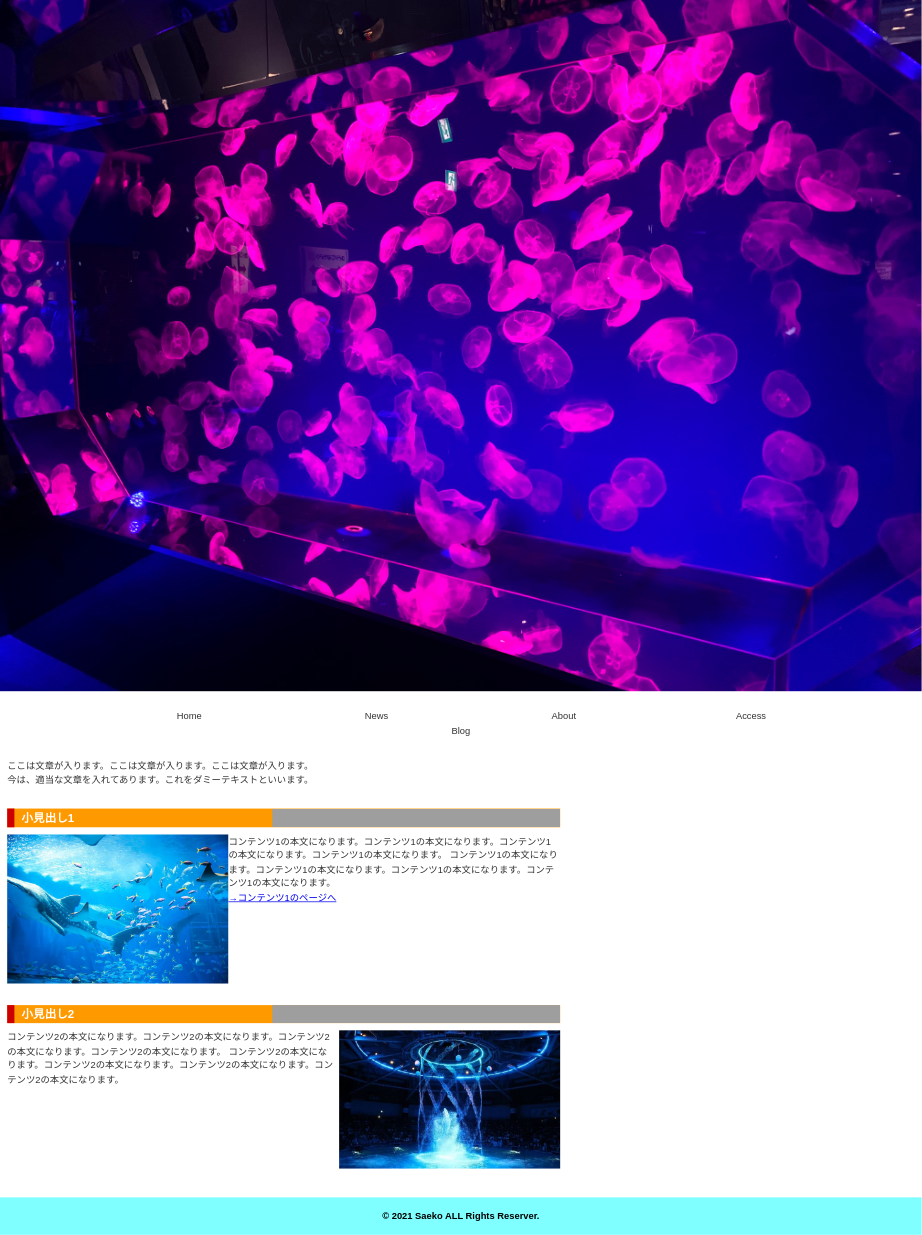
Repository: mizoguhi/mizoguhi
Page: test/saeko.html
The author's editor kept a record of every edit. The page is drawn from the files as they stood at one moment, then again after the next edit.
The browser window is 1280 px wide. The pictures show the whole page, at 72% of full size.
Pictures or frames that could not be fetched are drawn as grey boxes.

Above is the page before.

### test/saeko.html
<!DOCTYPE html>
<html lang="ja">

<head>
    <meta charset="UTF-8">
    <title>Japanese Aquarium</title>
    <link rel="stylesheet" href="stylesheet.css">
</head>

<body>
    <div id="header">
         <h1>
             <a href="saeko.html">
             </a>
         </h1>
    </div>
   <div class="exanple">
        <img id="corridor" src="aquarium.jpg" alt="水族館"/>

   </div>
    <div id="wapper">
 <nav>
　<ul>
　　<li class=”current”><a href=”#”>Home</a></li>
　　<li><a href=”#”>News</a></li>
　　<li><a href=”#”>About</a></li>
　　<li><a href=”#”>Access</a></li>
　　<li><a href=”#”>Blog</a></li>
　</ul>
</nav>

 <div id="container">
                <div id="main">
                    <div class="post">
                        <p>ここは文章が入ります。ここは文章が入ります。ここは文章が入ります。<br />今は、適当な文章を入れてあります。これをダミーテキストといいます。</p>
                    </div>
                    <div class="post clearfix">
                        <h2>小見出し1</h2>
                        <img class="left" src="zinbei.jpg" alt="水槽" />
                        <p>
                            コンテンツ1の本文になります。コンテンツ1の本文になります。コンテンツ1の本文になります。コンテンツ1の本文になります。
                            コンテンツ1の本文になります。コンテンツ1の本文になります。コンテンツ1の本文になります。コンテンツ1の本文になります。
                        </p>
                        <p><a href="#">→コンテンツ1のページへ</a></p>
                    </div>
                    <div class="post clearfix">
                        <h2>小見出し2</h2>
                        <img class="right" src="iruka.jpg" alt="イルカショー" />
                       <p>
                            コンテンツ2の本文になります。コンテンツ2の本文になります。コンテンツ2の本文になります。コンテンツ2の本文になります。
                            コンテンツ2の本文になります。コンテンツ2の本文になります。コンテンツ2の本文になります。コンテンツ2の本文になります。
                        </p>
                    </div>
                </div>
            </div>
    <div id="footer">
         <p>&copy; 2021 Saeko ALL Rights Reserver.</p>
    </div>
    </body>
<html>

### test/stylesheet.css
@charset "utf-8";

body {
	margin: 0;
	padding: 0;
	font-family: "ヒラギノ角ゴ Pro W3", "Hiragino Kaku Gothic Pro", "メイリオ", Meiryo, Osaka, "ＭＳ Ｐゴシック", "MS PGothic", sans-serif;
	color: #333;
	font-size: 13px;
	line-height: 150%;
}

#wrapper {
	width: 100%;
	margin: auto;
	padding: 0px;
	border: 0px;
	background-color: #FFF;
	 top: 10px;
position: relative;
}

 #header {
 	width: 100%;
 }
 #header h1 {
 	 margin: 0;
	 padding: 0;
}

 #corridor {
	 width: 100%;
	 height: auto;
 }

 #footer {
 	 clear: both;
 	 width: 100%;
 	 padding: 3px 0 3px 0;
 	 background: #7fffff;
 	 color: #000;
 	 font-weight: bold;
 	 text-align: center;
 }
nav{
text-align: center;
}
nav ul{
margin: 0 ;
padding: 0 ;
}
nav ul li{
list-style: none;
display: inline-block;
width: 18%;
min-width: 90px;
}
nav ul li a{
text-decoration: none;
color: #333;
}
nav ul li.current a{
color: #F33135;
}
nav ul li a:hover{
color: #0000cd;
}
#container {
	 width: 100%;
	 margin: auto ;
	 padding-top: 20px;
	 clear: both;
 }

 #main {
	 float: left;
	 width: 60%;
	 padding: 10px 10px 10px 10px;
 }
 #main h2 {
	 margin: 0 0 10px 0;
	 padding: 3px 10px 3px 10px;
	 color: #FFF;
	 font-size: 16px;
	 border-left: solid 10px #C00;
	 background: #F90 url(../images/main_h2.jpg) right top repeat-y;
 }
 #main p {
	 margin: 0;
	 padding: 0;
 }
 #main .post {
	 margin: 0 0 30px 0;
 }

 #main .post img.right {
	 margin: 0 0 0 8px;
 }
 #main .post img.left {
	 margin: 0 0 0 0;
 }

 .right {
	 float: right;
	 width: 40%;
	 height: auto;
 }
 .left {
	 float: left;
	 width: 40%;
	 height: auto;
 }
 .clearfix {
	 zoom: 1;
 }
 .clearfix:after{
	 content: "";
	 display: block;
	 clear: both;
 }

After the next edit:
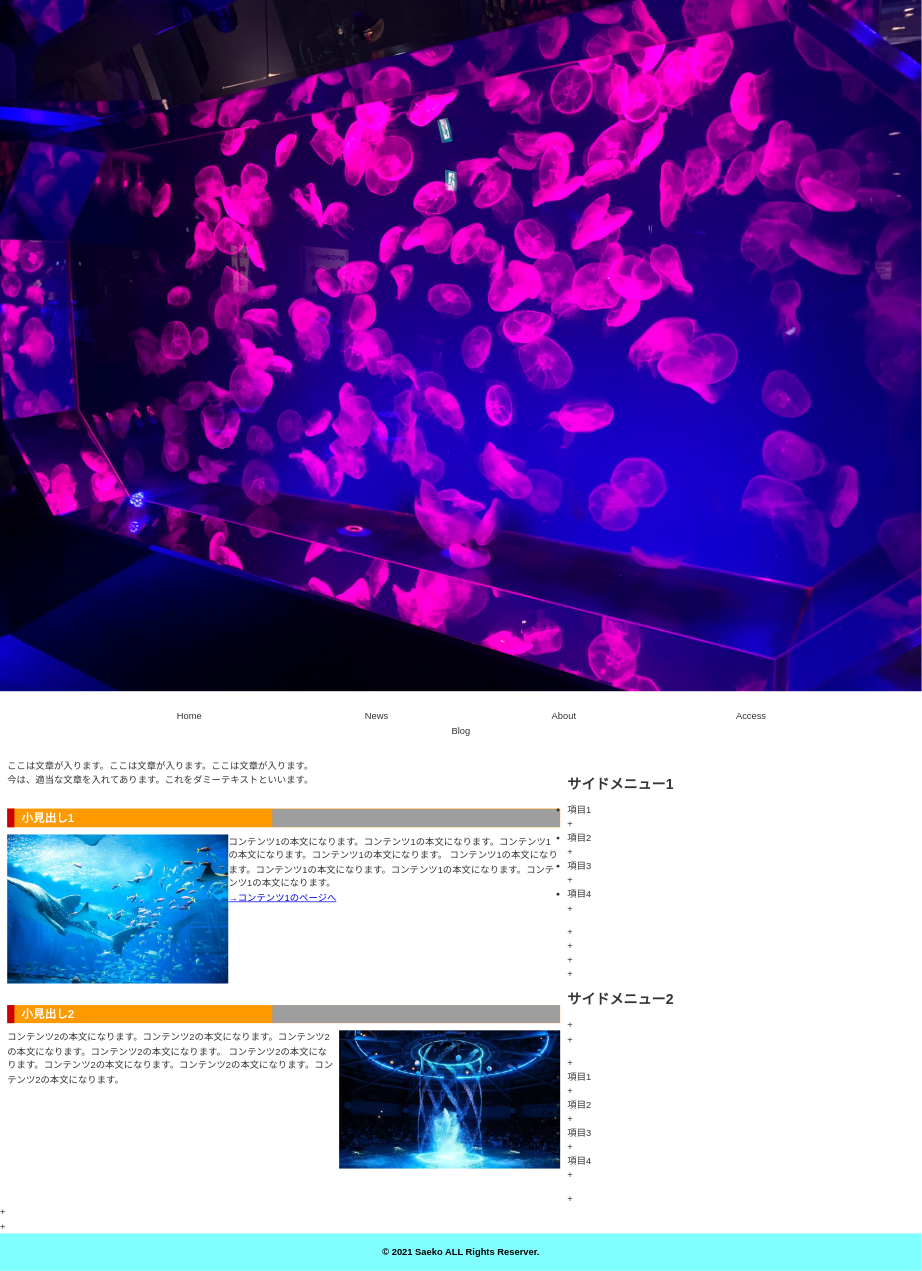
The edit:
--- a/test/saeko.html
+++ b/test/saeko.html
@@ -53,6 +53,30 @@
                     </div>
                 </div>
             </div>
+　　<div id="side">
+                    <div class="box">
+                        <h2>サイドメニュー1</h2>
+                        <div class="boxBody">
+                            <ul>
+                            <li>項目1</li>
++                                <li>項目2</li>
++                                <li>項目3</li>
++                                <li>項目4</li>
++                            </ul>
++                        </div>
++                    </div>
++                    <div class="box">
++                        <h2>サイドメニュー2</h2>
++                        <div class="boxBody">
++                            <ul>
++                                <li>項目1</li>
++                                <li>項目2</li>
++                                <li>項目3</li>
++                                <li>項目4</li>
++                            </ul>
++                        </div>
++                    </div>
++                </div>
     <div id="footer">
          <p>&copy; 2021 Saeko ALL Rights Reserver.</p>
     </div>
